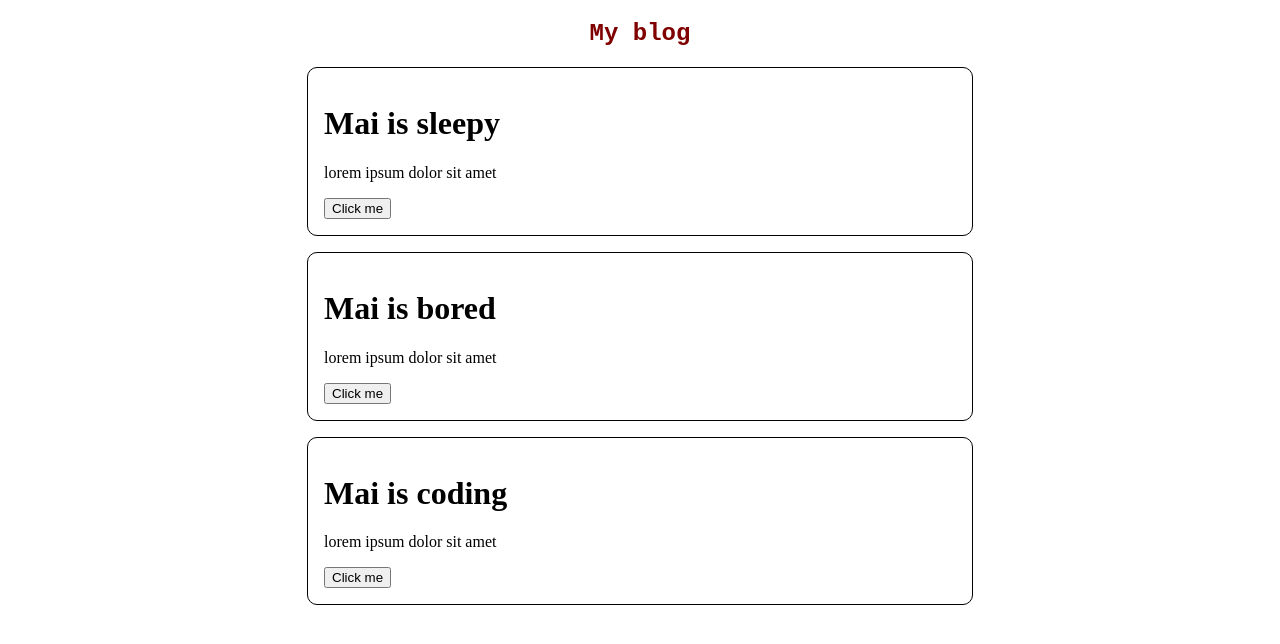
Repository: MaiCrespo/BlogEntry
Page: /
The author's editor kept a copy of each file at every save. The page is drawn from the files as they stood at one save, then again after the next save.
The browser window is 1280 px wide. The pictures show the whole page.
The project was rebuilt for these pictures with package versions that can differ from the ones it lists, and the page was loaded fresh each time. Also part of the build but not shown: vite.config.js.

Above is the page before, as saved 2025-09-10 14:05:34.

After the next save:
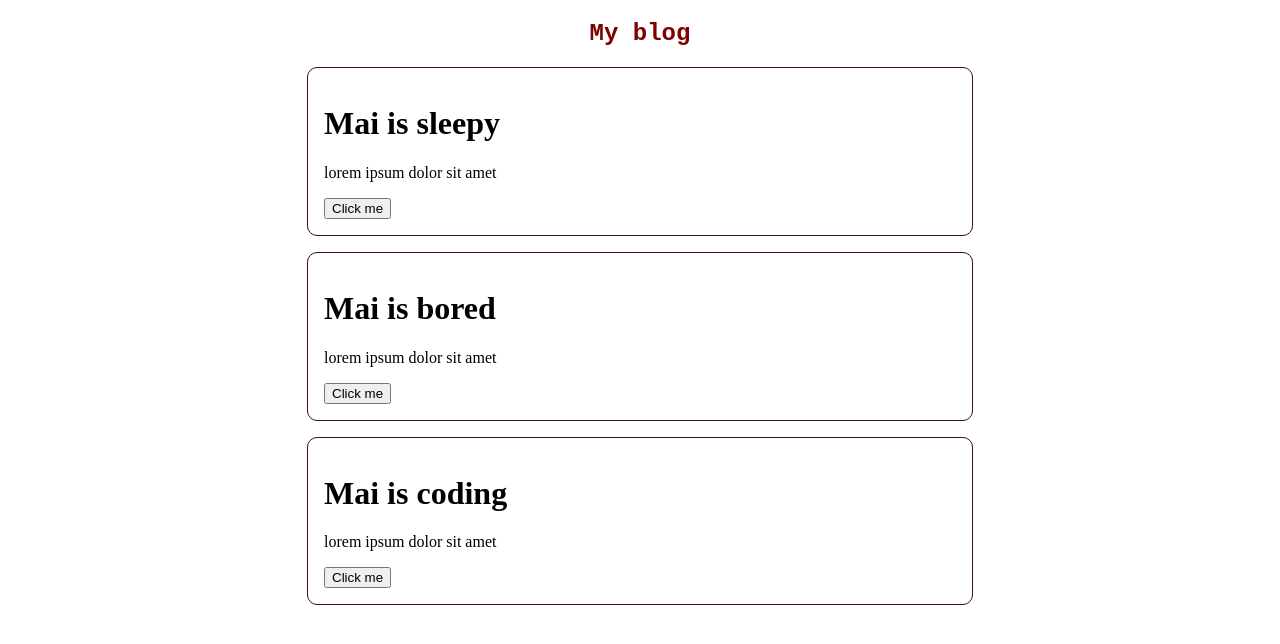
Saved 40 s later.
--- a/src/index.css
+++ b/src/index.css
@@ -6,7 +6,7 @@ h2 {
 .entry {
   margin: 1em auto;
   width: 50%;
-  border: 1px solid black;
+  border: 1px solid rgb(57, 18, 18);
   border-radius: 10px;
   padding: 1em;
 }
